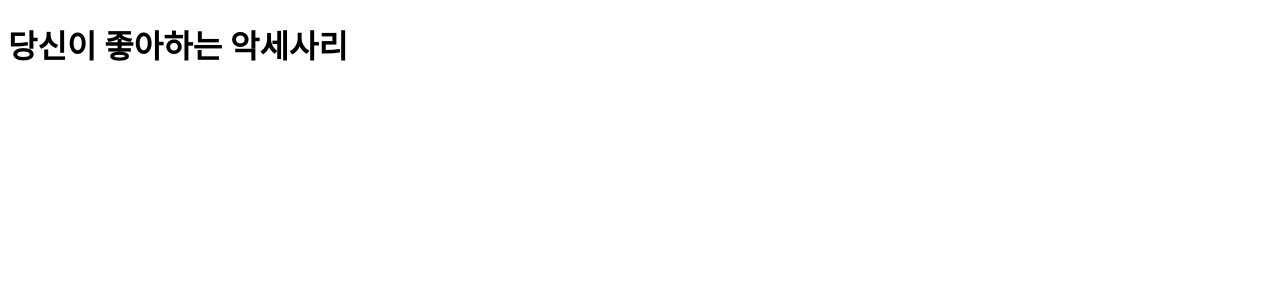
Repository: jsunnypi/JSP
Page: http://localhost/Test/checkBox.jsp
These files come from the project's save history. The page is drawn as it stood at one moment and after the next save; the edit follows.
The browser window is 1280 px wide. The pictures show the whole page.
The page is served by Tomcat 9.

Above is the page before, as saved 2024-11-14 02:41:30.

### Test/src/main/webapp/checkBox.jsp
<%@ page language="java" contentType="text/html; charset=UTF-8"
    pageEncoding="UTF-8"%>
<!DOCTYPE html>
<html>
<head>
<meta charset="UTF-8">
<title>Insert title here</title>
</head>
<body>
	<h1> 당신이 좋아하는 악세사리 </h1>
</body>
</html>

After the next save:
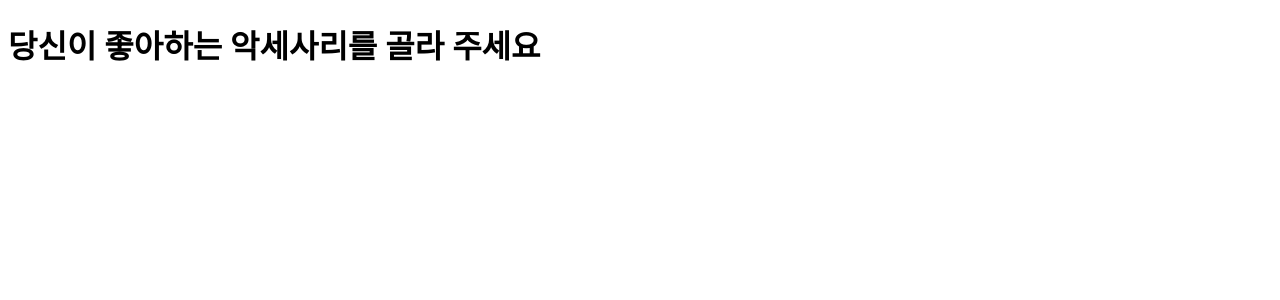
Saved 8 s later.
--- a/Test/src/main/webapp/checkBox.jsp
+++ b/Test/src/main/webapp/checkBox.jsp
@@ -7,6 +7,6 @@
 <title>Insert title here</title>
 </head>
 <body>
-	<h1> 당신이 좋아하는 악세사리 </h1>
+	<h1> 당신이 좋아하는 악세사리를 골라 주세요 </h1>
 </body>
 </html>
